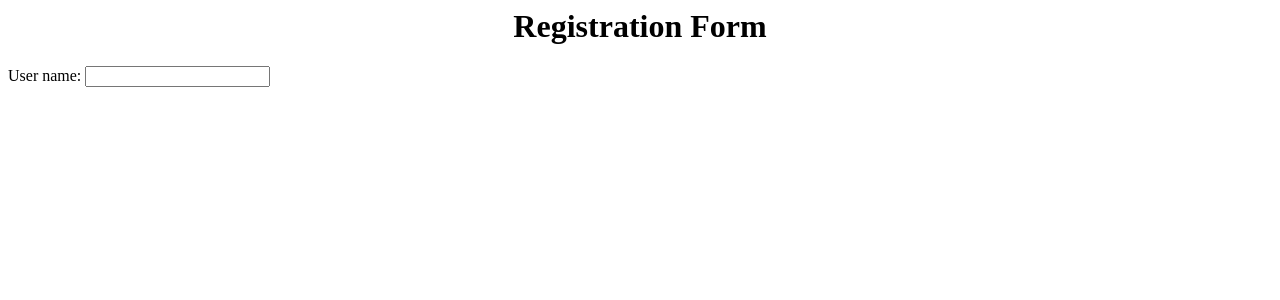
Repository: shiv-30/Spring-Boot-Projects
Page: springsecurity/src/main/resources/static/login.html
An editor plug-in stored every save of this project. The page is shown before and after the next save, followed by the edit.
The browser window is 1280 px wide. The pictures show the whole page.

Above is the page before, as saved 2022-08-11 06:28:33.

After the next save:
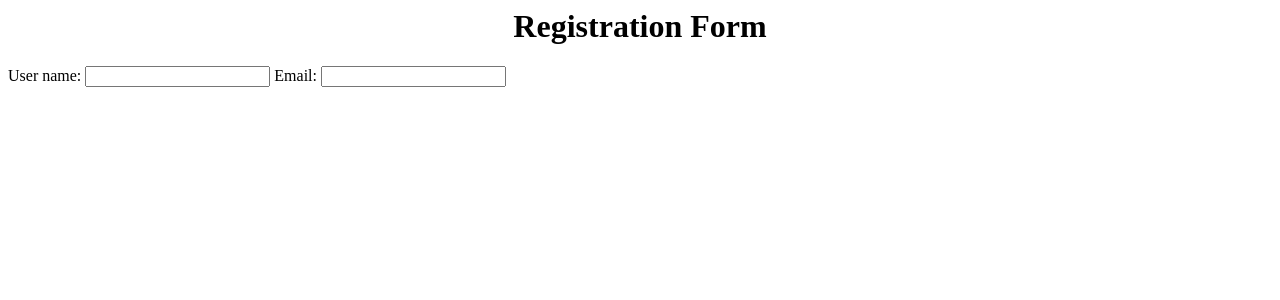
Saved 26 s later.
--- a/springsecurity/src/main/resources/static/login.html
+++ b/springsecurity/src/main/resources/static/login.html
@@ -7,7 +7,7 @@
 		<h1 style="text-align:center;">Registration Form</h1>
 		<form method="POST" action="">
 			User name: <input name="username" type="text" required>
-
+			Email: <input name="email" type="email" required>
 		</form>
 	</body>
 </html>
